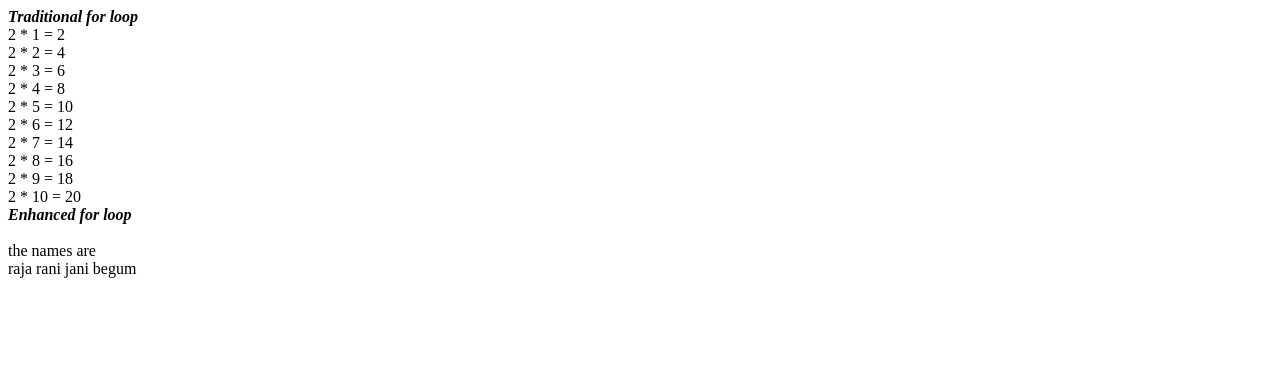
Repository: shaikrasool-java/Servlets
Page: http://localhost/JSTLCoreApp/ex9.jsp
An editor plug-in stored every save of this project. The page is shown before and after a run of saves, followed by the edit.
The browser window is 1280 px wide. The pictures show the whole page.
The page is served by Tomcat 9.

Above is the page before, as saved 2016-06-25 12:47:27.

### Notes/NTAj53/JSTLCoreApp/WebContent/ex9.jsp
<%@taglib uri="http://java.sun.com/jsp/jstl/core"   prefix="c"%>

<b> <i> Traditional for loop</i></b> <br>
<c:forEach var="i" begin="1" end="10" step="1">
  <c:out value="2  *  ${i} = ${2*i} "/> <br>
</c:forEach>
<b> <i> Enhanced for loop</i></b> <br>
 <jsp:scriptlet>
    String names[]={"raja","rani","jani","begum"};
    request.setAttribute("studNames",names);
 </jsp:scriptlet>
  <br> the names are <br>
  <c:forEach var="name"   items="${studNames}">
     <c:out value="${name }"/>
  </c:forEach>

After the next 4 saves:
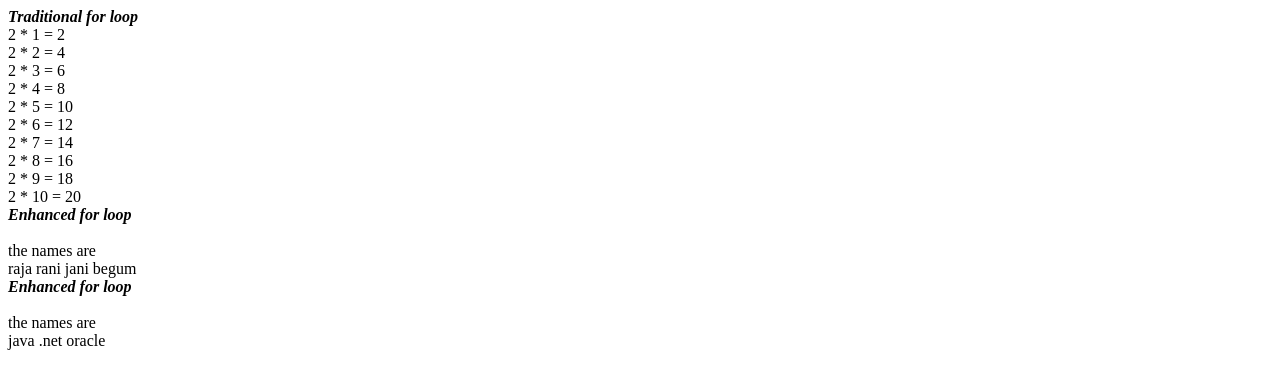
The 4 saves are shown as one change because 3 did not build or start.
The last was saved 3 min 59 s later.
--- a/Notes/NTAj53/JSTLCoreApp/WebContent/ex9.jsp
+++ b/Notes/NTAj53/JSTLCoreApp/WebContent/ex9.jsp
@@ -1,4 +1,5 @@
 <%@taglib uri="http://java.sun.com/jsp/jstl/core"   prefix="c"%>
+<%@page import="java.util.*"%>
 
 <b> <i> Traditional for loop</i></b> <br>
 <c:forEach var="i" begin="1" end="10" step="1">
@@ -13,3 +14,16 @@
   <c:forEach var="name"   items="${studNames}">
      <c:out value="${name }"/>
   </c:forEach>
+  <br>
+  <b> <i> Enhanced for loop</i></b> <br>
+ <jsp:scriptlet>
+ <![CDATA[
+    List<String> list=new ArrayList<String>();
+    list.add("java"); list.add(".net"); list.add("oracle");
+    request.setAttribute("courses",list);
+    ]]>
+ </jsp:scriptlet>
+  <br> the names are <br>
+  <c:forEach var="course"   items="${courses}">
+     <c:out value="${course}"/>
+  </c:forEach>
